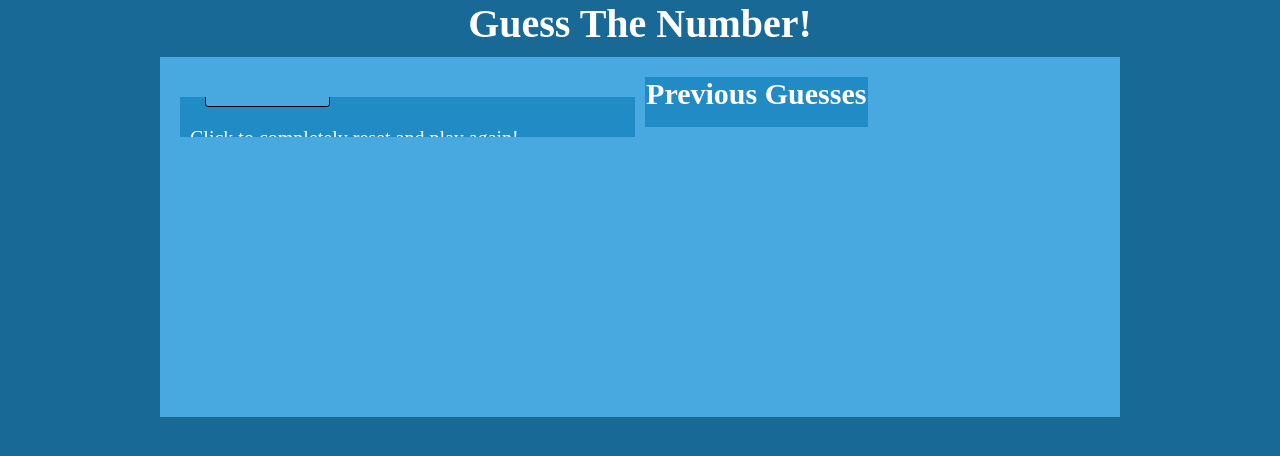
Repository: mlmEFSC21/P14-Guessing-Game
Page: guess.html
An editor plug-in stored every save of this project. The page is shown before and after the next save, followed by the edit.
The browser window is 1280 px wide. The pictures show the whole page.

Above is the page before, as saved 2022-03-19 14:20:59.

After the next save:
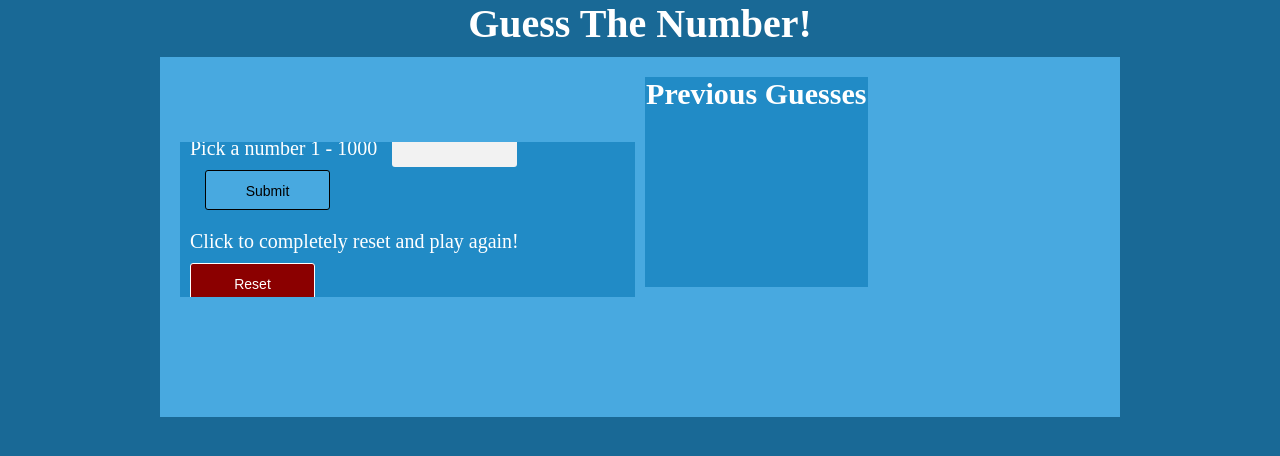
Saved 5 s later.
--- a/guess.css
+++ b/guess.css
@@ -27,7 +27,7 @@ body {
     margin: 10px auto;
     padding: 20px;
     grid-template-columns: repeat(4, 1fr);
-    grid-template-rows: repeat(56, 1fr);
+    grid-template-rows: repeat(6, 1fr);
     grid-auto-rows: minmax(200px, auto);
     gap: 10px;
     align-items: start;
